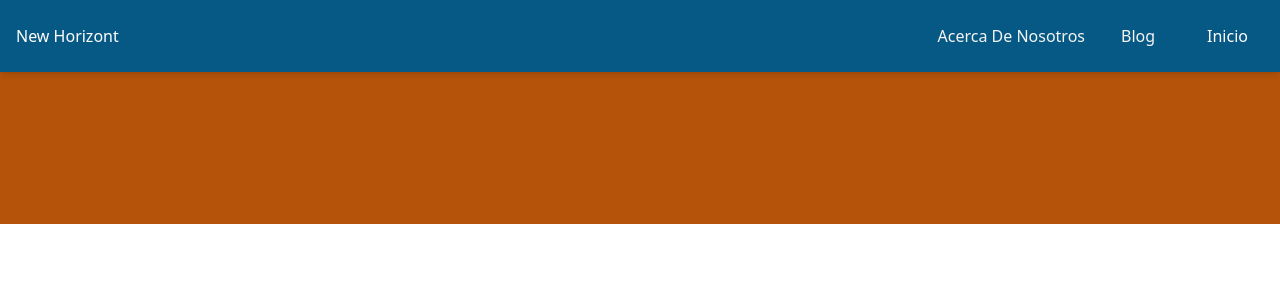
Repository: jefrydep/new-horizont-school
Page: /about
These files come from the project's save history. The page is drawn as it stood at one moment and after the next save; the edit follows.
The browser window is 1280 px wide. The pictures show the whole page.
The project was rebuilt for these pictures with package versions that can differ from the ones it lists, and the page was loaded fresh each time. The framework's server and built-in components were replaced by stand-ins that run in the browser. Also part of the build but not shown: next.config.ts.

Above is the page before, as saved 2024-11-07 20:04:50.

### src/app/layout.tsx
import type { Metadata } from "next";
import localFont from "next/font/local";
import "./globals.css";
import Navbar from "@/components/Navbar";
import { Button } from "@/components/ui/button";
import Footer from "@/components/Footer";

const geistSans = localFont({
  src: "./fonts/GeistVF.woff",
  variable: "--font-geist-sans",
  weight: "100 900",
});
const geistMono = localFont({
  src: "./fonts/GeistMonoVF.woff",
  variable: "--font-geist-mono",
  weight: "100 900",
});

export const metadata: Metadata = {
  title: "Create Next App",
  description: "Generated by create next app",
};

export default function RootLayout({
  children,
}: Readonly<{
  children: React.ReactNode;
}>) {
  return (
    <html lang="en">
      <body
        className={`   ${geistSans.variable} ${geistMono.variable} antialiased`}
      >
        <Navbar />
        {children}
        <div className=" sm:hidden bg-white border flex justify-center py-3  absolute bottom-0 right-0 left-0">
          <Button className="bg-green-500">
            <span>w</span> Contacto
          </Button>
        </div>
        {/* <div className="absolute bg-red-400 bottom-0 left-1/2 transform -translate-x-1/2 mb-4">
          <Button>Contacto</Button>
        </div> */}
        <Footer/>
      </body>
    </html>
  );
}

### src/app/(new-horizont-school)/layout.tsx
// import type { Metadata } from "next";
// import localFont from "next/font/local";

import Navbar from "@/components/Navbar";

// const geistSans = localFont({
//   src: "./fonts/GeistVF.woff",
//   variable: "--font-geist-sans",
//   weight: "100 900",
// });
// const geistMono = localFont({
//   src: "./fonts/GeistMonoVF.woff",
//   variable: "--font-geist-mono",
//   weight: "100 900",
// });

// export const metadata: Metadata = {
//   title: "Create Next App",
//   description: "Generated by create next app",
// };

export default function SchoolLayout({
  children,
}: Readonly<{
  children: React.ReactNode;
}>) {
  return (
    <html lang="en">
      <body
      // className={`${geistSans.variable} ${geistMono.variable} antialiased`}
      >
        {children}
      </body>
    </html>
  );
}

### src/app/globals.css
@tailwind base;
@tailwind components;
@tailwind utilities;

/* :root {
  --background: #ffffff;
  --foreground: #171717;
}

@media (prefers-color-scheme: dark) {
  :root {
    --background: #0a0a0a;
    --foreground: #ededed;
  }
}

body {
  color: var(--foreground);
  background: var(--background);
  font-family: Arial, Helvetica, sans-serif;
} */
@layer base {
  :root {
    --background: 0 0% 100%;
    --foreground: 20 14.3% 4.1%;
    --card: 0 0% 100%;
    --card-foreground: 20 14.3% 4.1%;
    --popover: 0 0% 100%;
    --popover-foreground: 20 14.3% 4.1%;
    --primary: 24 9.8% 10%;
    --primary-foreground: 60 9.1% 97.8%;
    --secondary: 60 4.8% 95.9%;
    --secondary-foreground: 24 9.8% 10%;
    --muted: 60 4.8% 95.9%;
    --muted-foreground: 25 5.3% 44.7%;
    --accent: 60 4.8% 95.9%;
    --accent-foreground: 24 9.8% 10%;
    --destructive: 0 84.2% 60.2%;
    --destructive-foreground: 60 9.1% 97.8%;
    --border: 20 5.9% 90%;
    --input: 20 5.9% 90%;
    --ring: 20 14.3% 4.1%;
    --chart-1: 12 76% 61%;
    --chart-2: 173 58% 39%;
    --chart-3: 197 37% 24%;
    --chart-4: 43 74% 66%;
    --chart-5: 27 87% 67%;
    --radius: 0.5rem
  }
  .dark {
    --background: 20 14.3% 4.1%;
    --foreground: 60 9.1% 97.8%;
    --card: 20 14.3% 4.1%;
    --card-foreground: 60 9.1% 97.8%;
    --popover: 20 14.3% 4.1%;
    --popover-foreground: 60 9.1% 97.8%;
    --primary: 60 9.1% 97.8%;
    --primary-foreground: 24 9.8% 10%;
    --secondary: 12 6.5% 15.1%;
    --secondary-foreground: 60 9.1% 97.8%;
    --muted: 12 6.5% 15.1%;
    --muted-foreground: 24 5.4% 63.9%;
    --accent: 12 6.5% 15.1%;
    --accent-foreground: 60 9.1% 97.8%;
    --destructive: 0 62.8% 30.6%;
    --destructive-foreground: 60 9.1% 97.8%;
    --border: 12 6.5% 15.1%;
    --input: 12 6.5% 15.1%;
    --ring: 24 5.7% 82.9%;
    --chart-1: 220 70% 50%;
    --chart-2: 160 60% 45%;
    --chart-3: 30 80% 55%;
    --chart-4: 280 65% 60%;
    --chart-5: 340 75% 55%
  }
}
@layer base {
  * {
    @apply border-border;
  }
  body {
    @apply bg-background text-foreground;
  }
}

### src/components/Navbar.tsx
"use client";
import { Menu, X } from "lucide-react";
import Link from "next/link";
import { useState } from "react";

export default function Navbar() {
  const [isOpen, setIsOpen] = useState<boolean>(false);

  return (
    <header className="bg-sky-800 shadow-md fixed z-20 w-full  ">
      <div className="flex justify-between items-center    m-auto container px-4 py-2">
        <div className="text-white">New Horizont</div>
        <nav className="outline-none hidden    sm:flex gap-9 items-center  list-none">
          <li className="text-secondary">
            <Link href={"/about"}>Acerca De Nosotros</Link>
          </li>
          <li className="text-secondary">
            <Link href={"/blog"}>Blog</Link>
          </li>
          <li className="text-white p-4">
            <Link href={"/"}>Inicio</Link>
          </li>
        </nav>

        {/* Icono de Menú para abrir el menú en móvil */}
        {!isOpen && (
          <div className="sm:hidden">
            <Menu onClick={() => setIsOpen(!isOpen)} color="white" size={45} />
          </div>
        )}

        {/* Menú desplegable con animación */}
        <div
          className={`${
            isOpen ? "opacity-100 visible" : "opacity-0 invisible"
          } absolute top-0 bottom-0 right-0 left-0 bg-black opacity-95 z-30 list-none transition-all ease-in-out `}
        >
          {isOpen && (
            <>
              <li className="text-white p-4">
                <Link href={"/about"}>Acerca De Nosotros</Link>
              </li>
              <li className="text-white p-4">
                <Link href={"/blog"}>Blog</Link>
              </li>
            </>
          )}
        </div>

        {/* Botón para cerrar el menú */}
        {isOpen && (
          <div className="z-40 absolute right-4 sm:hidden">
            <X onClick={() => setIsOpen(!isOpen)} color="white" size={45} />
          </div>
        )}
      </div>
    </header>
  );
}

### src/components/ui/button.tsx
import * as React from "react"
import { Slot } from "@radix-ui/react-slot"
import { cva, type VariantProps } from "class-variance-authority"

import { cn } from "@/lib/utils"

const buttonVariants = cva(
  "inline-flex items-center justify-center gap-2 whitespace-nowrap rounded-md text-sm font-medium transition-colors focus-visible:outline-none focus-visible:ring-1 focus-visible:ring-ring disabled:pointer-events-none disabled:opacity-50 [&_svg]:pointer-events-none [&_svg]:size-4 [&_svg]:shrink-0",
  {
    variants: {
      variant: {
        default:
          "bg-primary text-primary-foreground shadow hover:bg-primary/90",
        destructive:
          "bg-destructive text-destructive-foreground shadow-sm hover:bg-destructive/90",
        outline:
          "border border-input bg-background shadow-sm hover:bg-accent hover:text-accent-foreground",
        secondary:
          "bg-secondary text-secondary-foreground shadow-sm hover:bg-secondary/80",
        ghost: "hover:bg-accent hover:text-accent-foreground",
        link: "text-primary underline-offset-4 hover:underline",
      },
      size: {
        default: "h-9 px-4 py-2",
        sm: "h-8 rounded-md px-3 text-xs",
        lg: "h-10 rounded-md px-8",
        icon: "h-9 w-9",
      },
    },
    defaultVariants: {
      variant: "default",
      size: "default",
    },
  }
)

export interface ButtonProps
  extends React.ButtonHTMLAttributes<HTMLButtonElement>,
    VariantProps<typeof buttonVariants> {
  asChild?: boolean
}

const Button = React.forwardRef<HTMLButtonElement, ButtonProps>(
  ({ className, variant, size, asChild = false, ...props }, ref) => {
    const Comp = asChild ? Slot : "button"
    return (
      <Comp
        className={cn(buttonVariants({ variant, size, className }))}
        ref={ref}
        {...props}
      />
    )
  }
)
Button.displayName = "Button"

export { Button, buttonVariants }

### src/components/Footer.tsx
export default function Footer() {
  return (
    <div className="bg-amber-700 h-[200px]">
      <footer className="container m-auto">
        <div>faceboook</div>
      </footer>
    </div>
  );
}

Loaded but not shown: src/app/(new-horizont-school)/about/page.tsx (common file); src/lib/utils.ts (common file); tailwind.config.ts (common file)

After the next save:
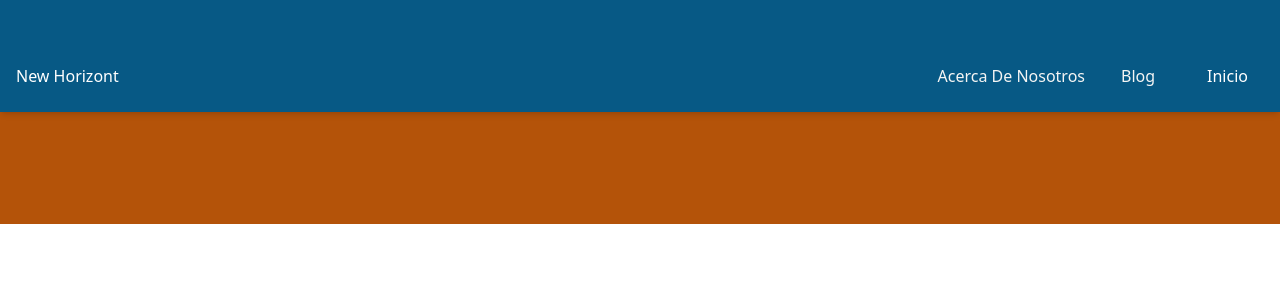
Saved 12 s later.
--- a/src/components/Navbar.tsx
+++ b/src/components/Navbar.tsx
@@ -8,7 +8,7 @@
 
   return (
     <header className="bg-sky-800 shadow-md fixed z-20 w-full  ">
-      <div className="flex justify-between items-center    m-auto container px-4 py-2">
+      <div className="flex justify-between items-center mt-10    m-auto container px-4 py-2">
         <div className="text-white">New Horizont</div>
         <nav className="outline-none hidden    sm:flex gap-9 items-center  list-none">
           <li className="text-secondary">

After the save that followed:
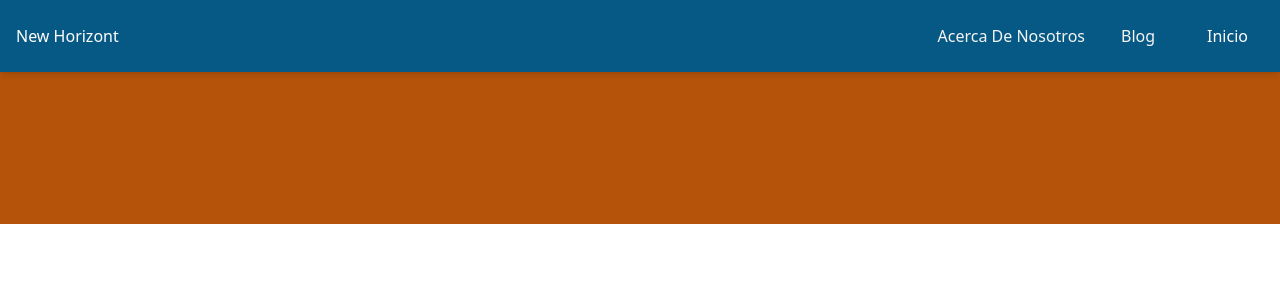
Saved 6 s later.
--- a/src/components/Navbar.tsx
+++ b/src/components/Navbar.tsx
@@ -8,7 +8,7 @@
 
   return (
     <header className="bg-sky-800 shadow-md fixed z-20 w-full  ">
-      <div className="flex justify-between items-center mt-10    m-auto container px-4 py-2">
+      <div className="flex justify-between items-center    m-auto container px-4 py-2">
         <div className="text-white">New Horizont</div>
         <nav className="outline-none hidden    sm:flex gap-9 items-center  list-none">
           <li className="text-secondary">
